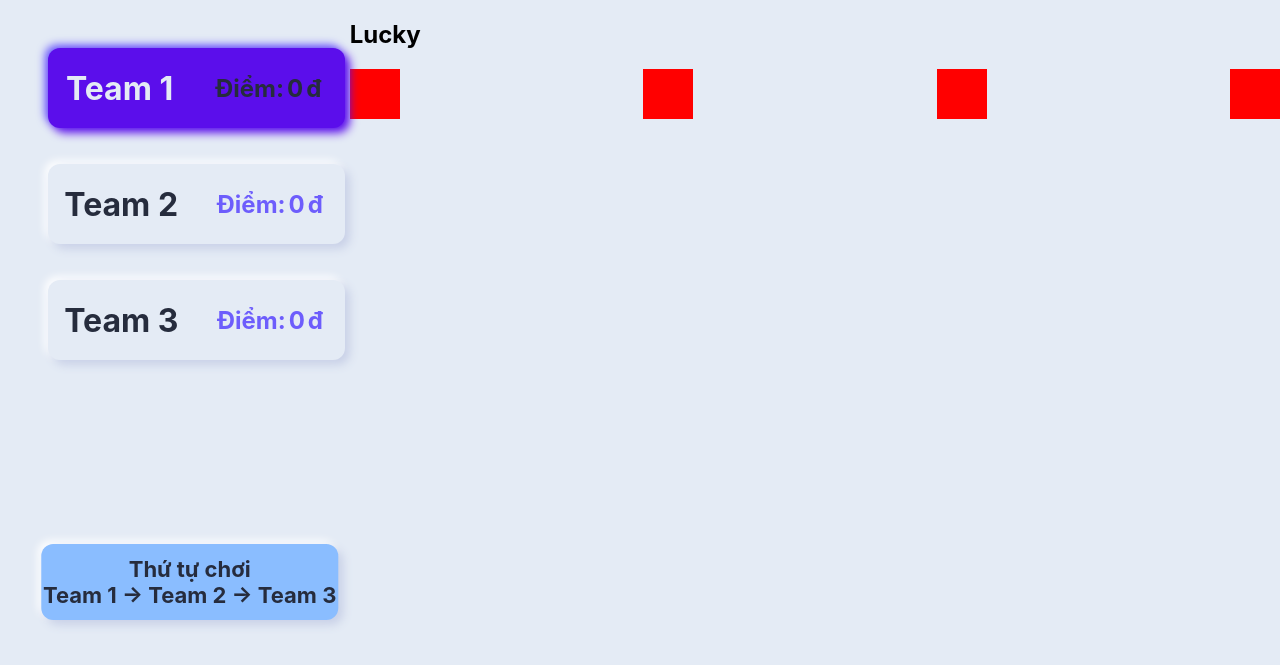
Repository: tinh2044/quzzi_game
Page: /
The author's editor kept a copy of each file at every save. The page is drawn from the files as they stood at one save, then again after the next save.
The browser window is 1280 px wide. The pictures show the whole page.
The project was rebuilt for these pictures with package versions that can differ from the ones it lists, and the page was loaded fresh each time. Also part of the build but not shown: src/components/Notification.jsx, src/components/AnswerItem.jsx, src/components/Question.jsx, src/components/SortTeam.jsx.

Above is the page before, as saved 2022-12-15 09:41:34.

After the next save:
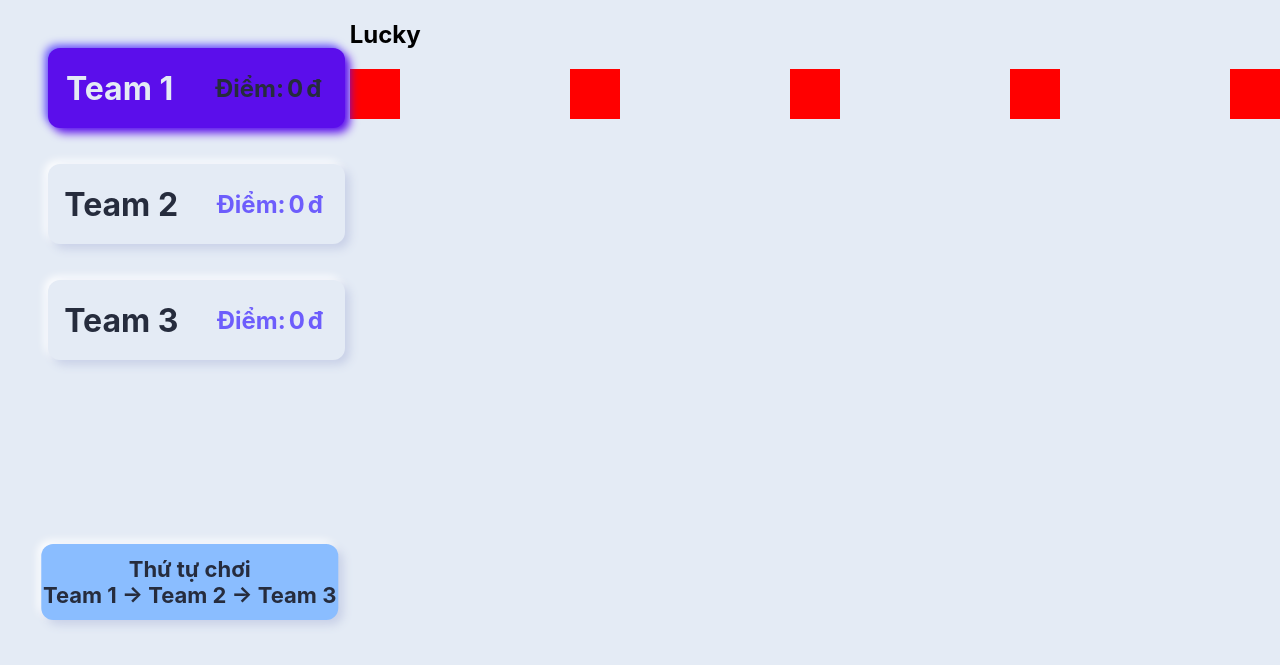
Saved 20 s later.
--- a/src/components/LuckyWheel.jsx
+++ b/src/components/LuckyWheel.jsx
@@ -16,6 +16,7 @@ function LuckyWheel() {
                 <div className='item-lucky B'></div>
                 <div className='item-lucky C'></div>
                 <div className='item-lucky D'></div>
+                <div className='item-lucky F'></div>
             </div>
         </div>
     )
